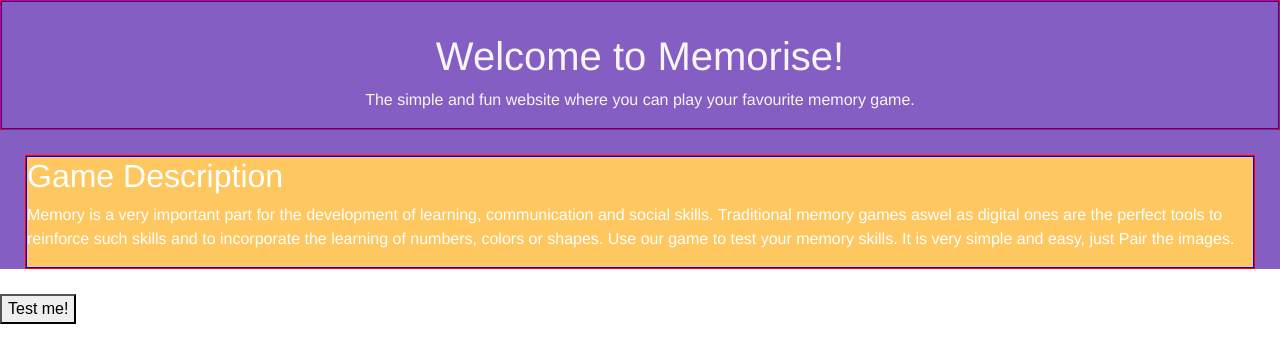
Repository: andna5980/memorise
Page: index.html
These files come from the project's save history. The page is drawn as it stood at one moment and after the next save; the edit follows.
The browser window is 1280 px wide. The pictures show the whole page.
Some web fonts or font styles are not loaded; a fallback is used. Some web libraries are served in a nearby version.

Above is the page before, as saved 2021-04-22 17:29:27.

### index.html
<!DOCTYPE html>
<html lang="en">

<head>
    <meta charset="UTF-8">
    <meta http-equiv="X-UA-Compatible" content="IE=edge">
    <meta name="viewport" content="width=device-width, initial-scale=1.0">
    <meta name="author" content="Andres Navarrete">
    <meta name="description" content="Web-based Memory Game">
    <title>MEMORISE | GAME</title>
    <link rel="stylesheet" href="https://cdn.jsdelivr.net/npm/bootstrap@4.5.3/dist/css/bootstrap.min.css"
        integrity="sha384-TX8t27EcRE3e/ihU7zmQxVncDAy5uIKz4rEkgIXeMed4M0jlfIDPvg6uqKI2xXr2" crossorigin="anonymous">
    <link rel="stylesheet" href="https://use.fontawesome.com/releases/v5.6.3/css/all.css"
        integrity="sha384-UHRtZLI+pbxtHCWp1t77Bi1L4ZtiqrqD80Kn4Z8NTSRyMA2Fd33n5dQ8lWUE00s/" crossorigin="anonymous">
    <link href="./assets/styles/style.css" rel="stylesheet">

</head>

<body>
    <header>
        <div class="test-red">
            <div class="welcome-test test-blue">
                <h1>Welcome to Memorise!</h1>
                <p>
                    The simple and fun website where you can play your favourite memory game.
                </p>

            </div>
        </div>

        <div class="game-description row test-red">
            <div class="test-blue">
                <h2>Game Description</h2>
                <p>
                    Memory is a very important part for the development of  learning, communication and social skills.
                    Traditional memory games aswel as digital ones are the perfect tools to reinforce such skills and to incorporate the learning of numbers, colors or shapes.
                    Use our game to test your memory skills.
                    It is very simple and easy, just Pair the images.
                </p>
            </div>

        </div>
    </header>

    <button id="button">Test me!</button>

    <footer>

    </footer>

</body>

</html>

### assets/styles/style.css
@import url('https://fonts.googleapis.com/css2?family=Amatic+SC&family=Original+Surfer&display=swap');

body {
    font-family: Arial, Helvetica, sans-serif;
    color: whitesmoke;
    max-width: 2000px;
}

header {
    font-family: Original Surfer, Amatic, Helvetica;
    color: whitesmoke;
    background-color: #845EC2;
}


/*   ROWS AND COLUMM AREAS   */
.test-red{
    border:1px solid red
}

.test-blue {
    border: 1px solid blue;
}

/*------------------------------------------HEADER------------------------*/

.welcome-test {
    text-align: center;
    margin-top: 25px 0;
    padding-top: 30px;
}









/*----------------------------------GAME DESCRIPTION -----------------------*/

.game-description {
    margin: 25px;
    background-color: #FFC75F;
    color: white;
}










/*--------------------------------PLAY ZONE--------------------------------*/







/*--------------------------------FOOTER--------------------------------*/

After the next save:
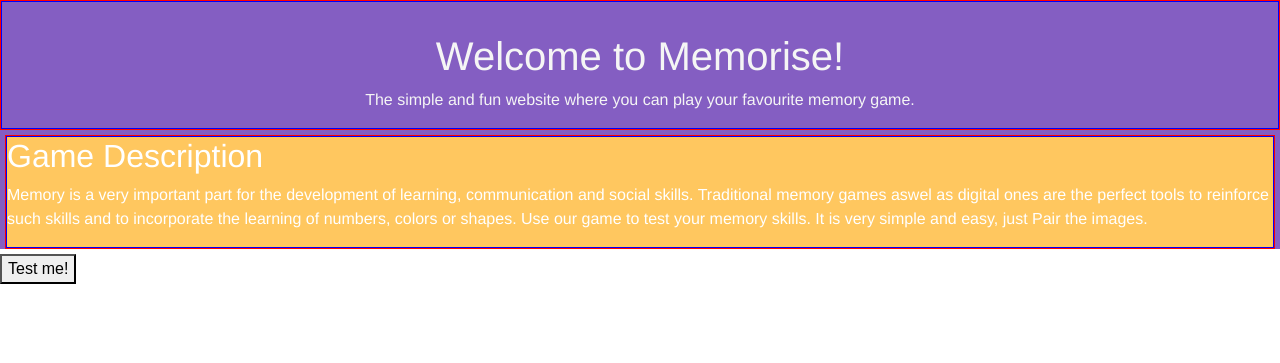
Saved 11 s later.
--- a/assets/styles/style.css
+++ b/assets/styles/style.css
@@ -41,7 +41,7 @@ header {
 /*----------------------------------GAME DESCRIPTION -----------------------*/
 
 .game-description {
-    margin: 25px;
+    margin: 5px;
     background-color: #FFC75F;
     color: white;
 }
